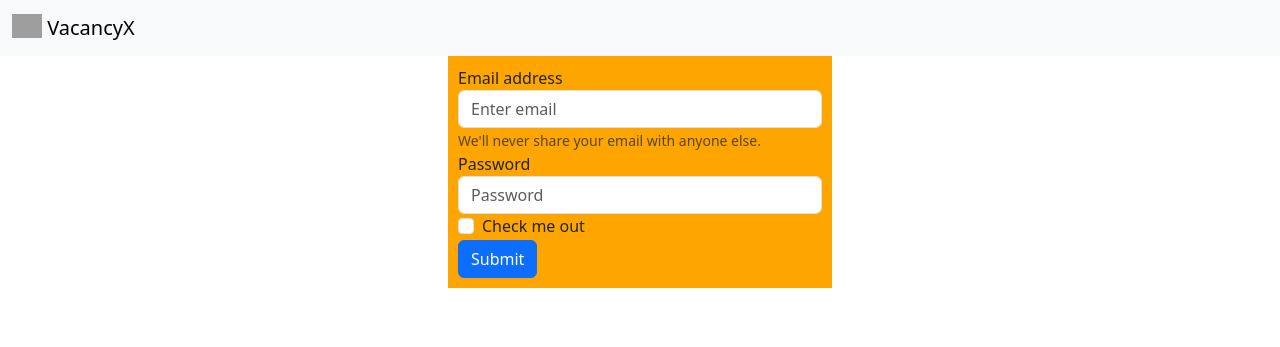
Repository: zipArk99/Vacancy-portal-serv
Page: http://localhost/VacancyPortal/
An editor plug-in stored every save of this project. The page is shown before and after the next save, followed by the edit.
The browser window is 1280 px wide. The pictures show the whole page.
Pictures or frames that could not be fetched are drawn as grey boxes. The page is served by Tomcat 9.

Above is the page before, as saved 2024-08-14 10:12:32.

After the next save:
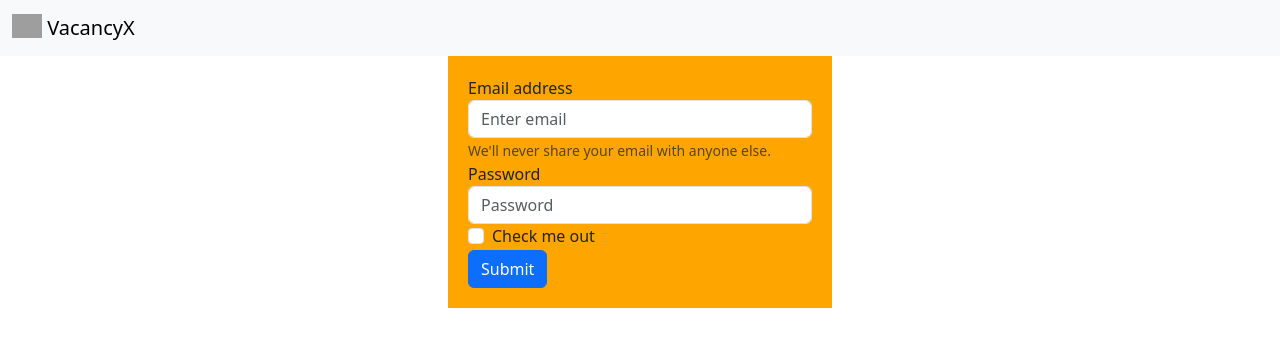
Saved 9 s later.
--- a/VacancyPortal/src/main/webapp/index.jsp
+++ b/VacancyPortal/src/main/webapp/index.jsp
@@ -13,7 +13,7 @@
 <body>
 <%@ include file="header.jsp" %>
 
-<div style="width:30%; margin: auto; background-color:orange; padding:10px;">
+<div style="width:30%; margin: auto; background-color:orange; padding:20px;">
 <form action="#" method="POST">
 
   <div class="form-group">
